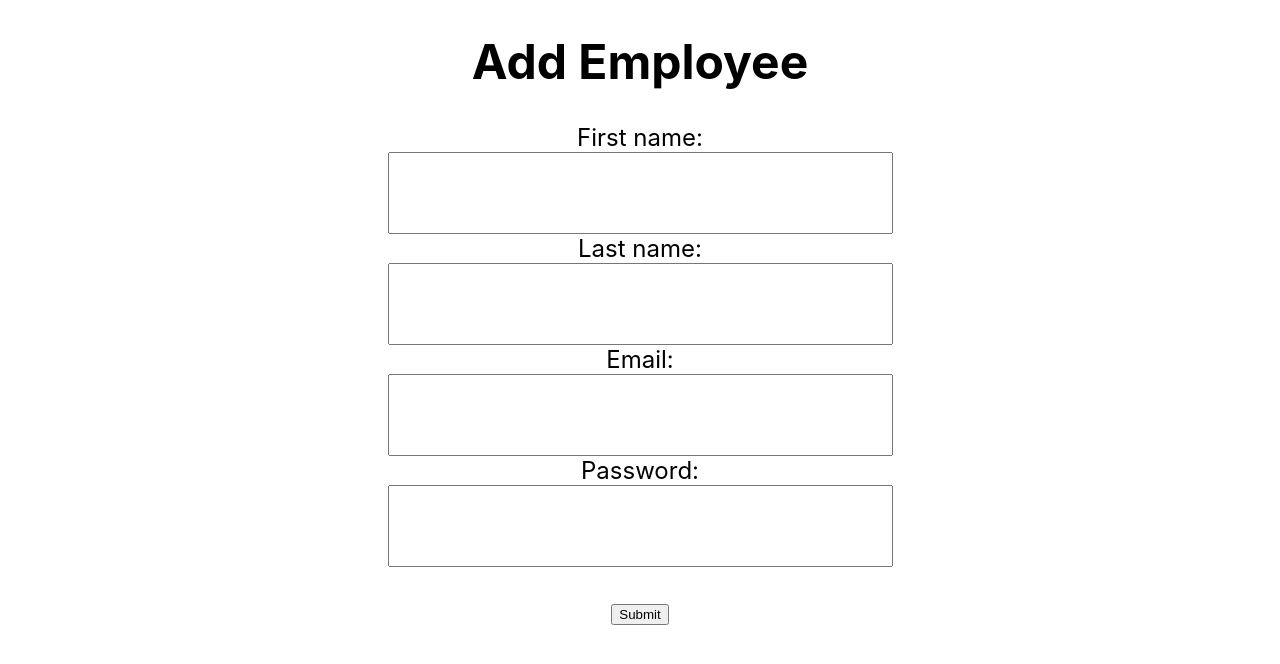
Repository: Biniyamkb/Evangadi-forum
Page: /addemployee (app in demoapp/frontend/)
The author's editor kept a copy of each file at every save. The page is drawn from the files as they stood at one save, then again after the next save.
The browser window is 1280 px wide. The pictures show the whole page.
The project was rebuilt for these pictures with package versions that can differ from the ones it lists, and the page was loaded fresh each time. Also part of the build but not shown: demoapp/frontend/src/Pages/Home.js, demoapp/frontend/src/Pages/Login.js.

Above is the page before, as saved 2025-05-04 22:11:07.

After the next save:
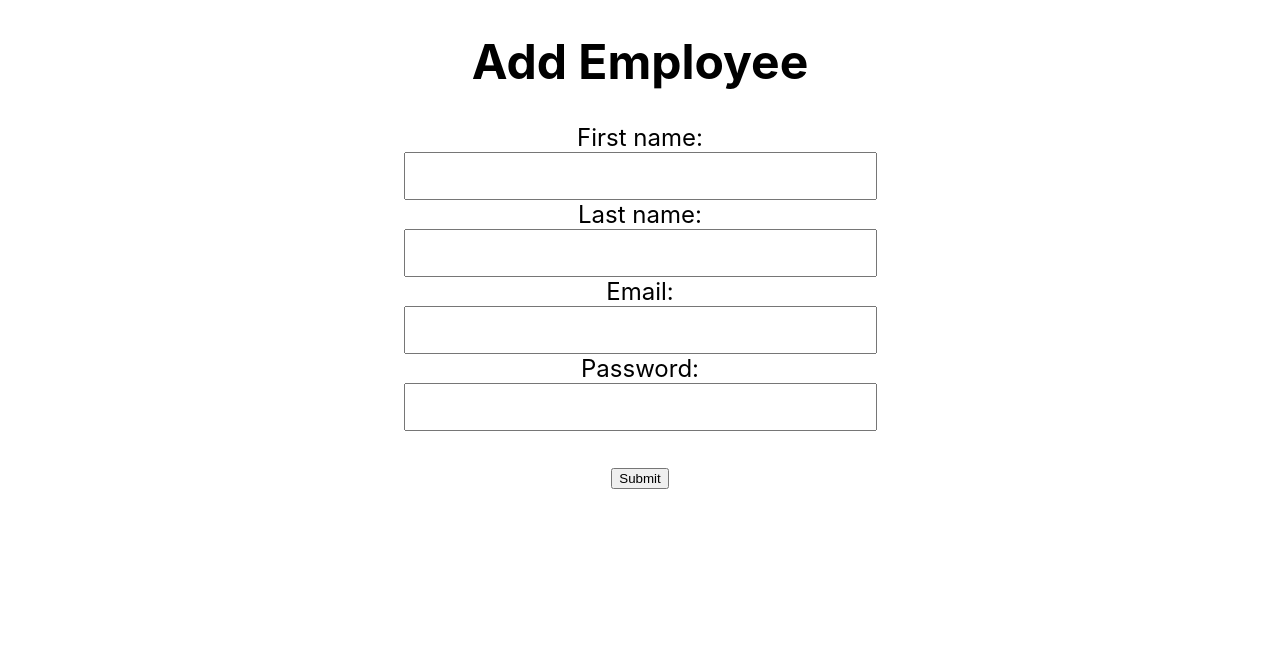
Saved 11 s later.
--- a/demoapp/frontend/src/App.css
+++ b/demoapp/frontend/src/App.css
@@ -4,5 +4,5 @@ body{
 }
 input{
   font-size: 1.5em;
-  padding: 0.5em;
+ padding: ;
 }
